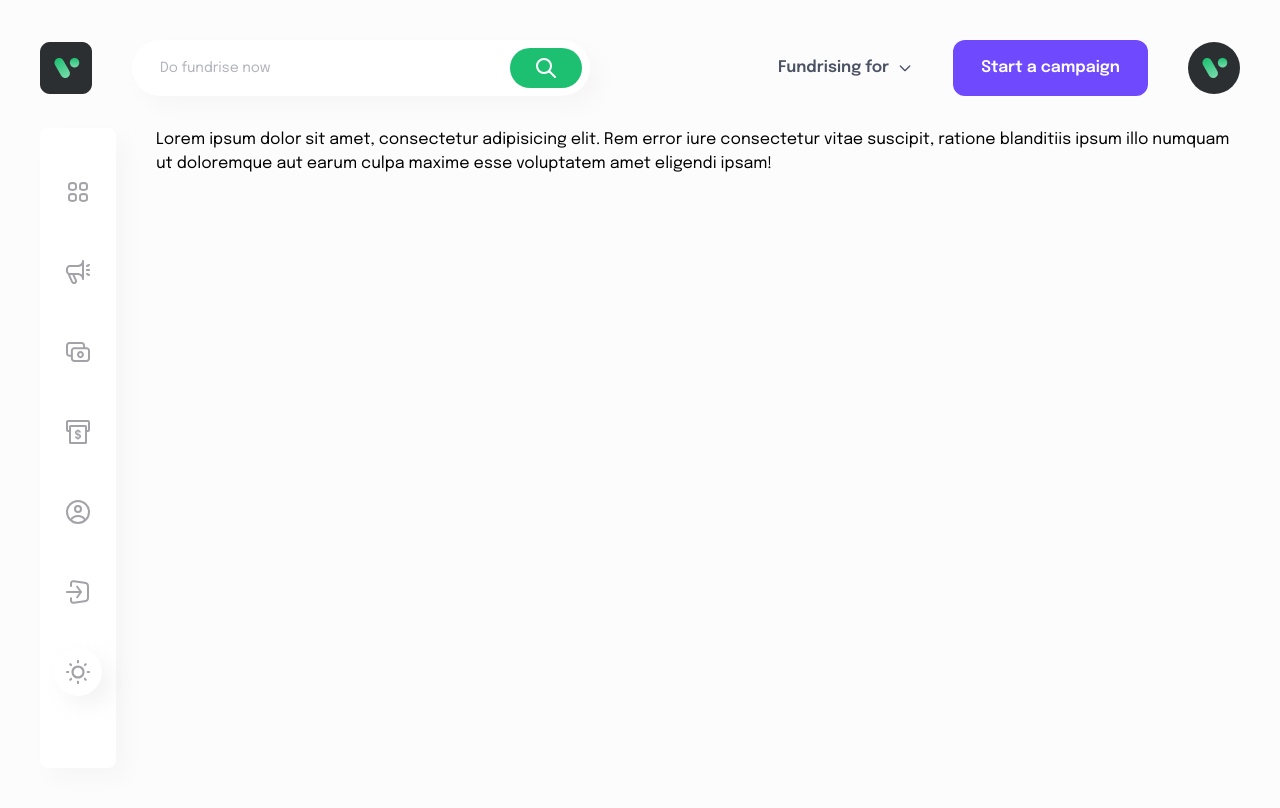
Repository: hoang0508/CrowFunding-APP
Page: /campaign
An editor plug-in stored every save of this project. The page is shown before and after the next save, followed by the edit.
The browser window is 1280 px wide. The pictures show the whole page.
The project was rebuilt for these pictures with package versions that can differ from the ones it lists, and the page was loaded fresh each time. Also part of the build but not shown: src/components/icons/IconEyeToggle.js, src/components/icons/IconFolder.js, src/components/common/ErrorComponent.js, src/components/button/ButtonGoogle.js. Imported but missing from the stored project, and not drawn on this page: src/store/reducers.

Above is the page before, as saved 2022-07-25 10:42:44.

After the next save:
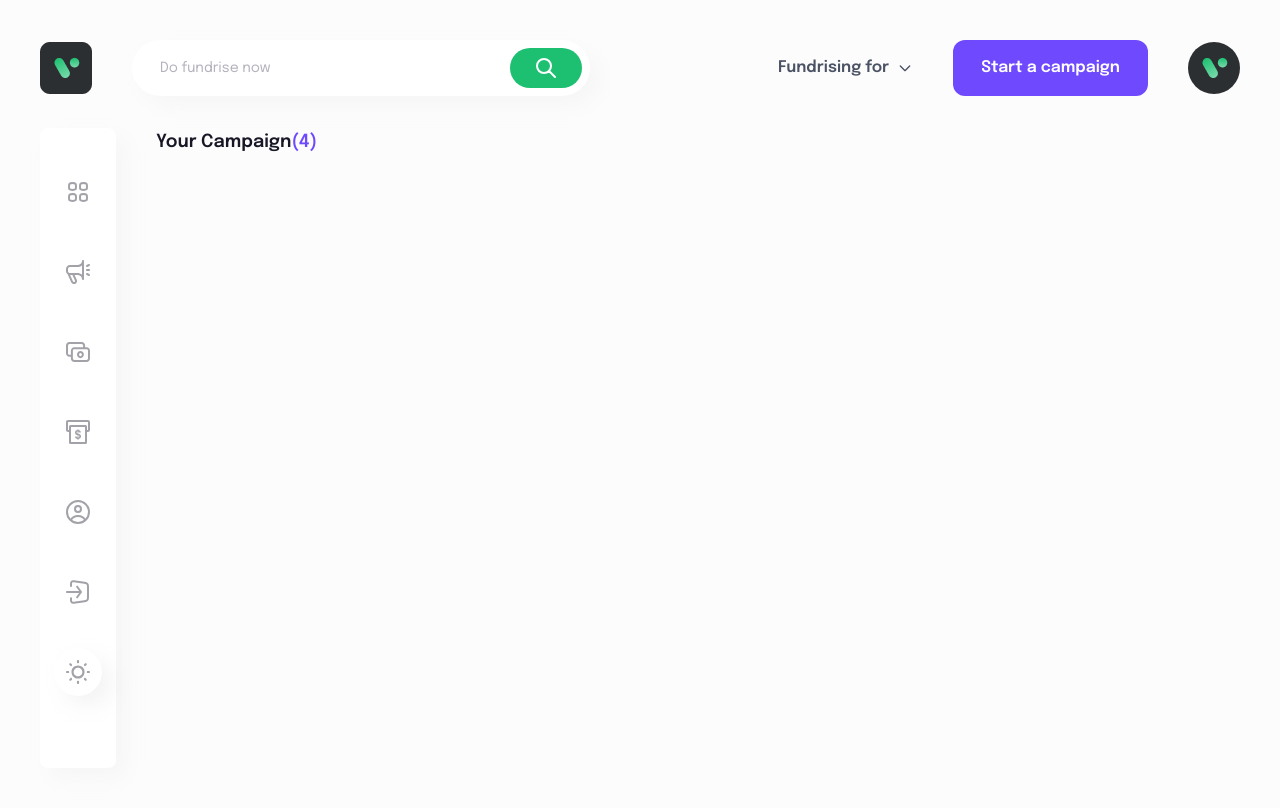
Saved 38 min 24 s later.
--- a/src/pages/CampaignPage.js
+++ b/src/pages/CampaignPage.js
@@ -1,12 +1,11 @@
+import Heading from "components/common/Heading";
 import LayoutDashboard from "layout/LayoutDashboard";
 import React from "react";
 
 const CampaignPage = () => {
   return (
     <LayoutDashboard>
-      Lorem ipsum dolor sit amet, consectetur adipisicing elit. Rem error iure
-      consectetur vitae suscipit, ratione blanditiis ipsum illo numquam ut
-      doloremque aut earum culpa maxime esse voluptatem amet eligendi ipsam!
+      <Heading number="4">Your Campaign</Heading>
     </LayoutDashboard>
   );
 };
